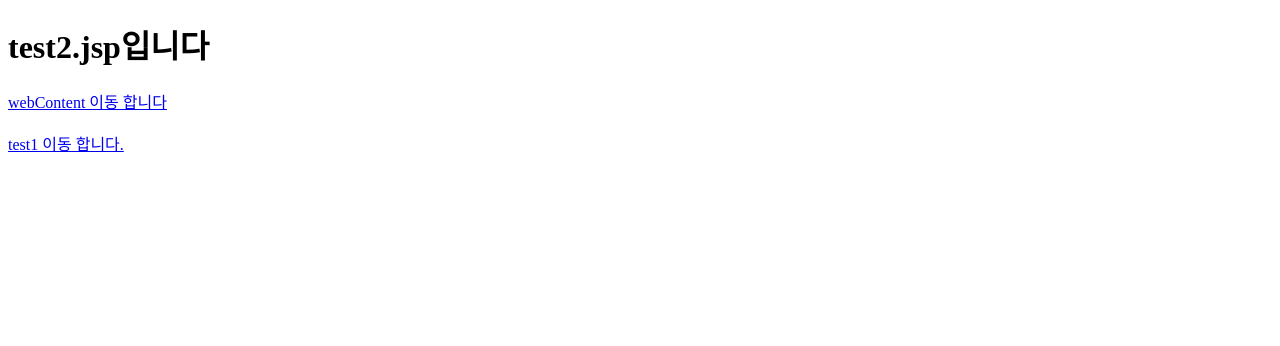
Repository: hangilyon/allJSPStudy
Page: http://localhost/jsp01/test1/test2/test2.jsp
These files come from the project's save history. The page is drawn as it stood at one moment and after the next save; the edit follows.
The browser window is 1280 px wide. The pictures show the whole page.
The page is served by Tomcat 9.

Above is the page before, as saved 2021-10-19 08:57:29.

After the next save:
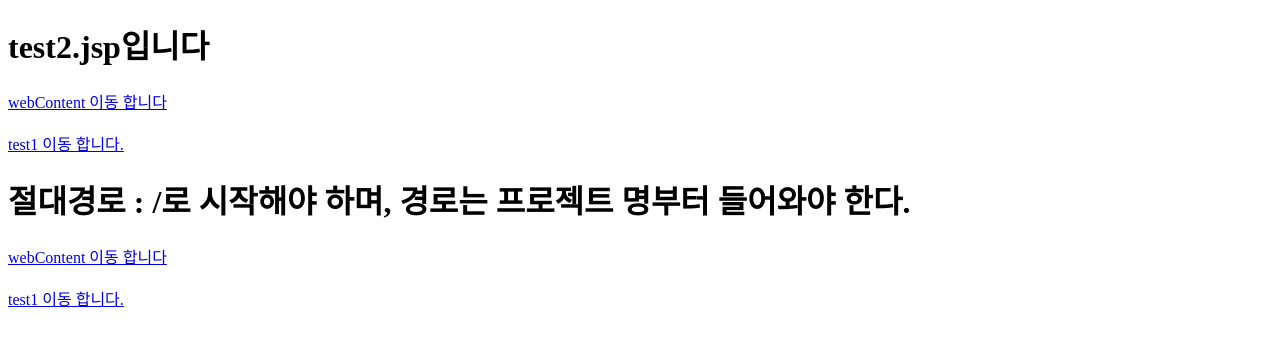
Saved 13 s later.
--- a/jsp01/src/main/webapp/test1/test2/test2.jsp
+++ b/jsp01/src/main/webapp/test1/test2/test2.jsp
@@ -10,5 +10,8 @@
 	<h1>test2.jsp입니다</h1>
 	<a href="http://localhost:8085/jsp01/webContent.jsp">webContent 이동 합니다</a><br><br>
 	<a href="http://localhost:8085/jsp01/test1/test1.jsp">test1 이동 합니다.</a>
+	<h1>절대경로 : /로 시작해야 하며, 경로는 프로젝트 명부터 들어와야 한다.</h1>
+	<a href="/jsp01/webContent.jsp">webContent 이동 합니다</a><br><br>
+	<a href="/jsp01/test1/test1.jsp">test1 이동 합니다.</a>
 </body>
 </html>
